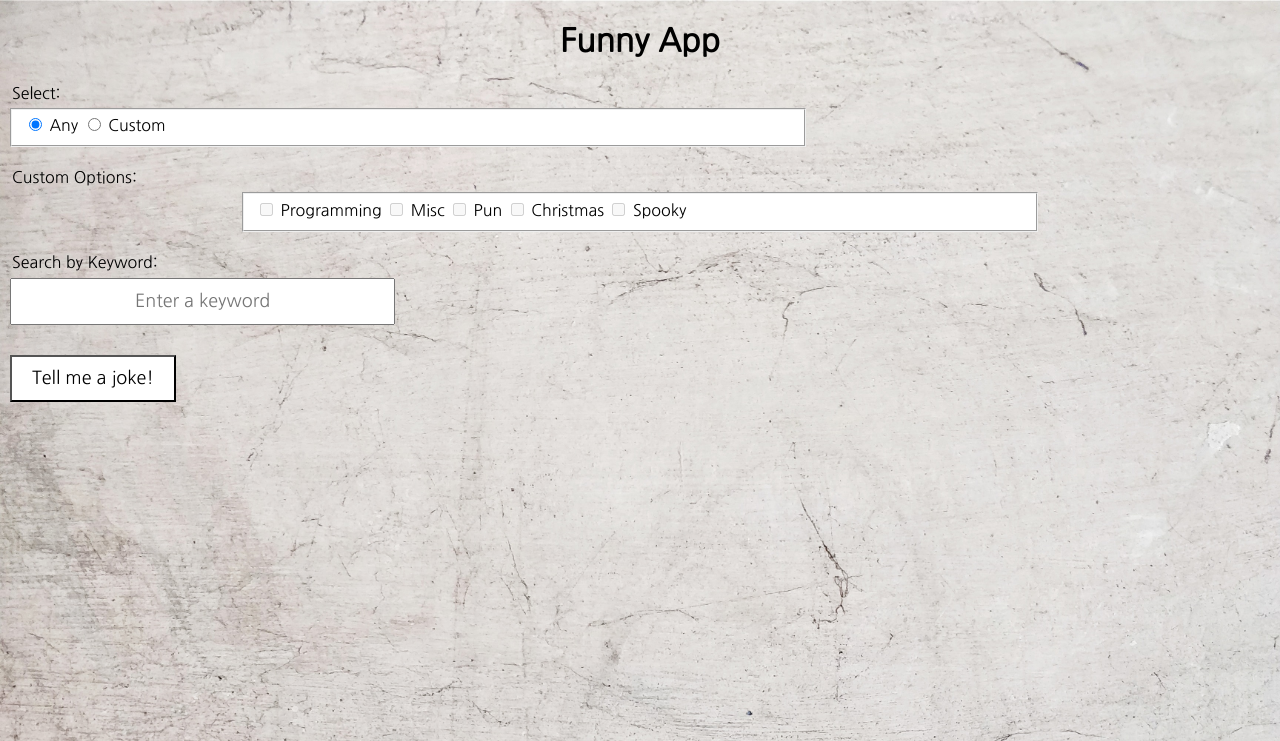
Repository: kaitlynMidori/dadJokeApi
Page: index.html
The author's editor kept a copy of each file at every save. The page is drawn from the files as they stood at one save, then again after the next save.
The browser window is 1280 px wide. The pictures show the whole page.
Some web libraries are served in a nearby version.

Above is the page before, as saved 2021-01-08 12:27:29.

After the next save:
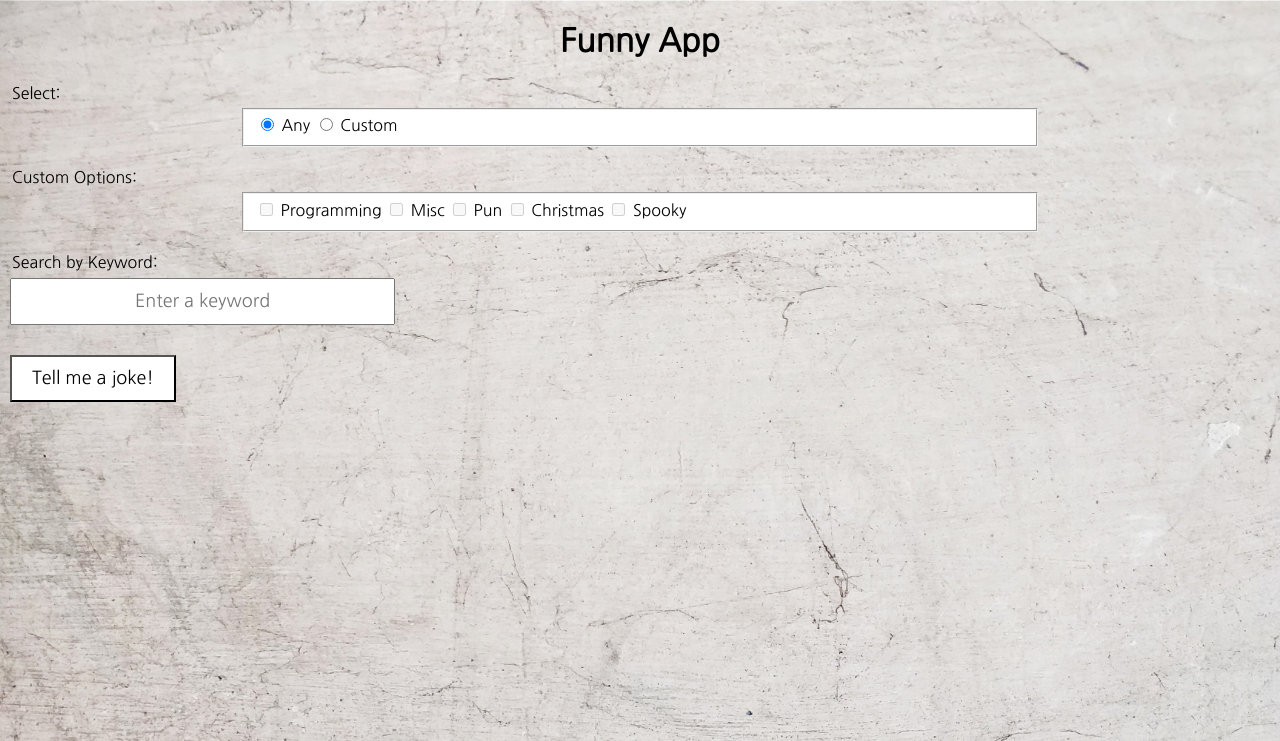
Saved 16 s later.
--- a/style.css
+++ b/style.css
@@ -63,7 +63,9 @@ button{
 
 #select {
     background-color: white;
-    margin-left: 10px;
+    justify-content: center;
+    margin-left: auto;
+    margin-right: auto;
     width: 60%;
 }
 
